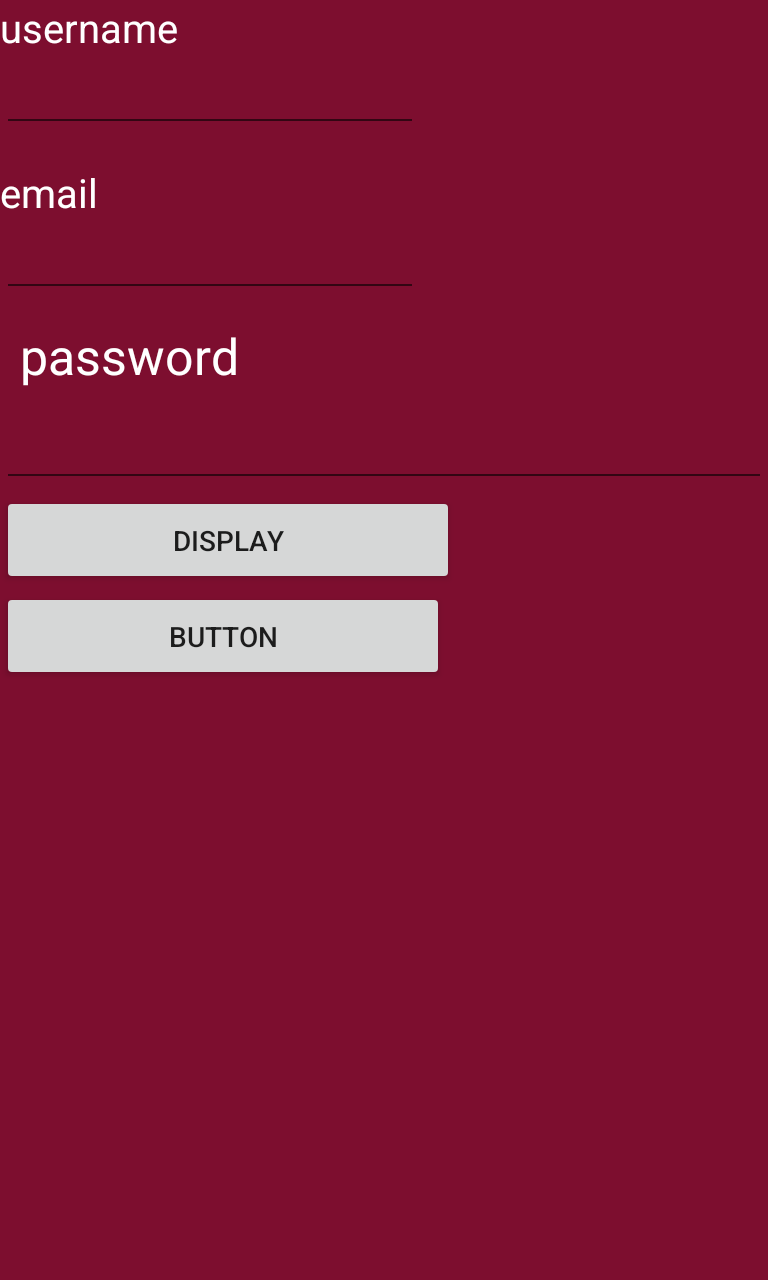
Repository: janemuthoni/icon
Layout: Exam/res/layout/register.xml
An editor plug-in stored every save of this project. The layout is shown before and after the next save, followed by the edit.
It is drawn on a 768 x 1280 px phone screen (xhdpi) without system bars, with theme AppTheme; the app's code is not run.

Above is the layout before, as saved 2014-08-07 07:12:15.

### Exam/res/layout/register.xml
<?xml version="1.0" encoding="utf-8"?>
<LinearLayout xmlns:android="http://schemas.android.com/apk/res/android"
    android:layout_width="match_parent"
    android:layout_height="match_parent"
    android:orientation="vertical"
    android:background="@color/violet">
     <TextView
           android:id="@+id/username"
           android:layout_width="wrap_content"
           android:layout_height="wrap_content"
           android:text="@string/Username"
           android:textSize="20sp"
           android:textColor="@color/white" />

       <EditText
           android:id="@+id/editText2"
           android:layout_width="wrap_content"
           android:layout_height="wrap_content"
           android:ems="10"
           android:inputType="textPersonName" />

       <TextView
           android:id="@+id/email"
           android:text="@string/email"
           android:textColor="@color/white"
           android:layout_width="wrap_content"
           android:layout_height="wrap_content"
           android:layout_marginTop="14dp"
           android:textSize="20sp" />

       <EditText
           android:id="@+id/editText4"
           android:layout_width="wrap_content"
           android:layout_height="wrap_content"
           android:ems="10"
           android:inputType="textEmailAddress" />

   <TextView
     android:id="@+id/password"
     android:layout_width="wrap_content"
     android:layout_height="wrap_content"
     android:text="@string/password"
     android:textSize="25sp"
     android:textColor="@color/white"
     android:layout_margin="10dp"/>

      <EditText
     android:id="@+id/editText1"
     android:layout_width="match_parent"
     android:layout_height="wrap_content"
     android:ems="10"
     android:inputType="textPassword" />

      <Button
          android:id="@+id/button1"
          android:layout_width="228dp"
          android:layout_height="wrap_content"
          android:text="@string/btndisplay" />

      <Button
          android:id="@+id/button2"
          android:layout_width="223dp"
          android:layout_height="wrap_content"
          android:text="Button" />

</LinearLayout>

### Exam/res/values/color.xml
<?xml version="1.0" encoding="utf-8"?>
<resources>
     <color name="grey">#A49F99</color>
      <color name="blue">#170674</color>
      <color name="green">#C81B1B</color>
      <color name="lightgreen">#7FDC33</color>
      <color name="darkgrey">#666D61</color>
      <color name="white">#FFFFFF</color>
      <color name="black">#1F1D1D</color>
      <color name="pink">#E1FBA2F7</color>
      <color name="lightgrey">#EBE0E3</color>
      <color name="cyan">#5CAD7C</color>
      <color name="greengrass">#08893C</color>
      <color name="yellow">#FDFF4F</color>
      <color name="violet">#7D0E2F</color>


</resources>

### Exam/res/values/strings.xml
<?xml version="1.0" encoding="utf-8"?>
<resources>

    <string name="app_name">Exam</string>
    <string name="hello_world">Hello world!</string>
    <string name="action_settings">Settings</string>
    <string name="firstname">firstname</string>
    <string name="email">email</string>
    <string name="idnumber">idnumber</string>
    <string name="password">password</string>
    <string name="Username">username</string>
    <string name="buttonback">back</string>
    <string name="btndisplay">display</string>
</resources>

Loaded but not shown: Exam/res/values/styles.xml (common file); Exam/res/values-v11/styles.xml (common file); Exam/res/values-v14/styles.xml (common file)

After the next save:
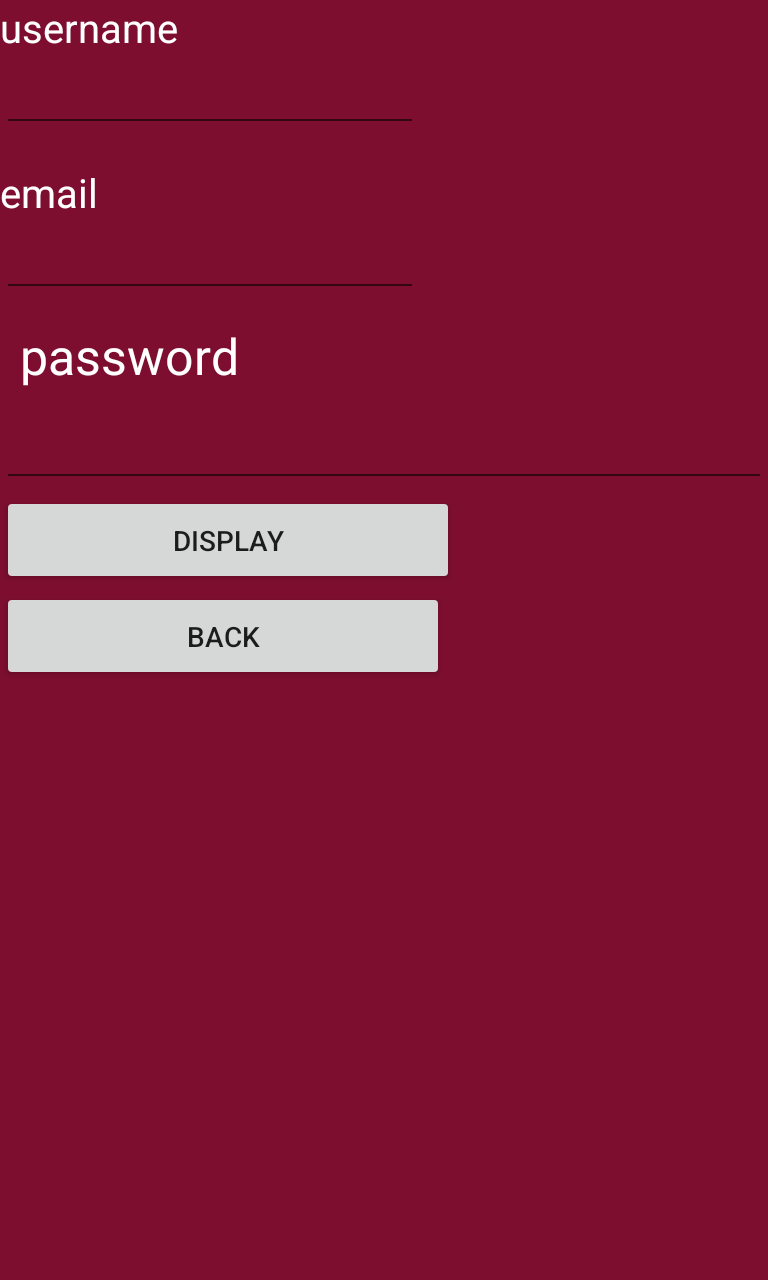
Saved 18 s later.
--- a/Exam/res/layout/register.xml
+++ b/Exam/res/layout/register.xml
@@ -61,6 +61,6 @@
           android:id="@+id/button2"
           android:layout_width="223dp"
           android:layout_height="wrap_content"
-          android:text="Button" />
+          android:text="@string/buttonback" />
 
 </LinearLayout>
